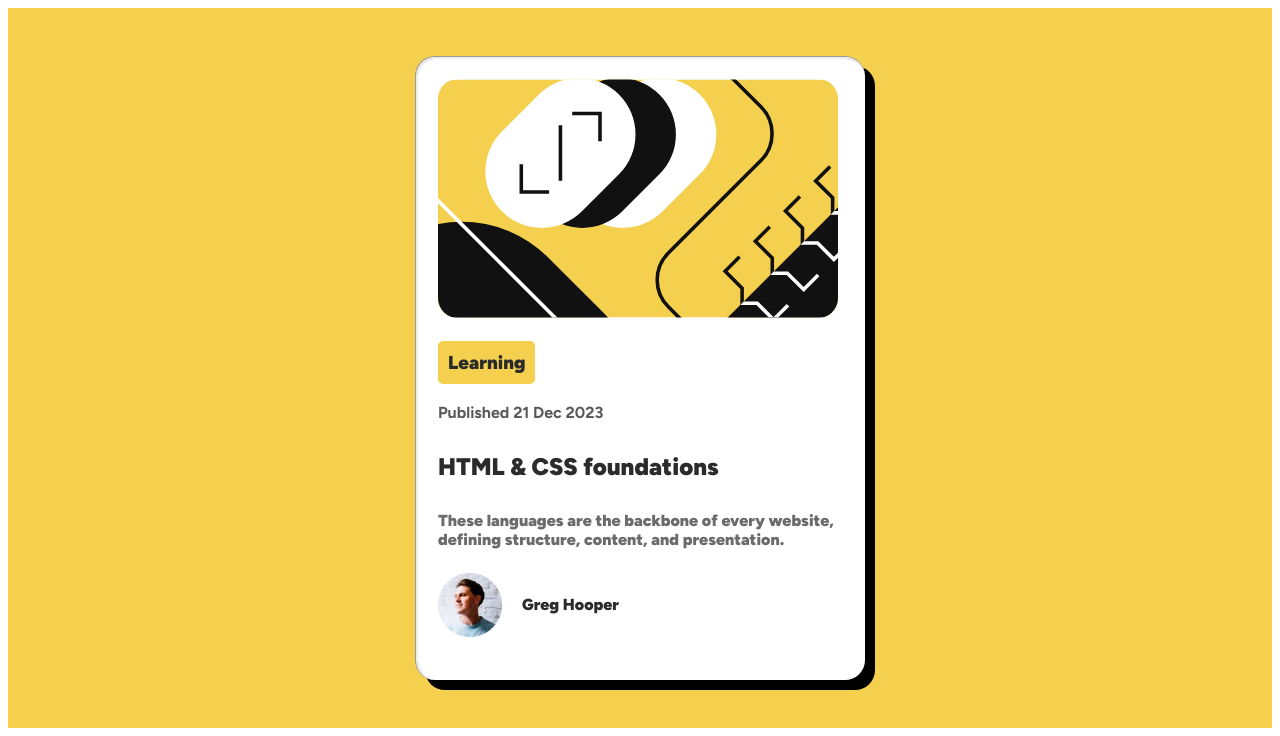
Repository: reemoon-ctrl/blog-preview-card
Page: index.html
These files come from the project's save history. The page is drawn as it stood at one moment and after the next save; the edit follows.
The browser window is 1280 px wide. The pictures show the whole page.

Above is the page before, as saved 2024-07-19 15:35:50.

After the next save:
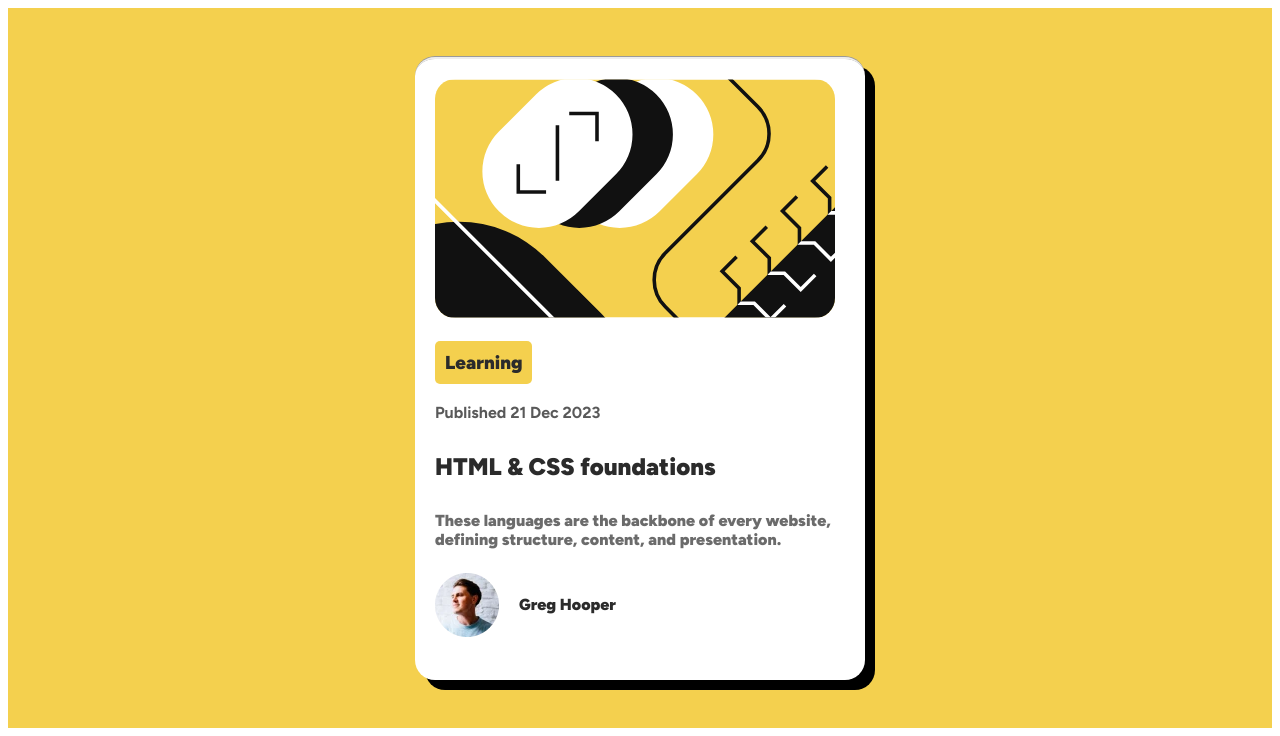
Saved 17 h 49 min later.
--- a/index.css
+++ b/index.css
@@ -11,7 +11,7 @@
 .blog-card{
     background-color: white;
     padding: 20px 20px 20px 20px;
-    border-left-style: groove;
+    border: 1px ;
     /* border-left-color: hsl(0, 0%, 17%); */
     border-top:groove ;
     border-radius: 20px;
